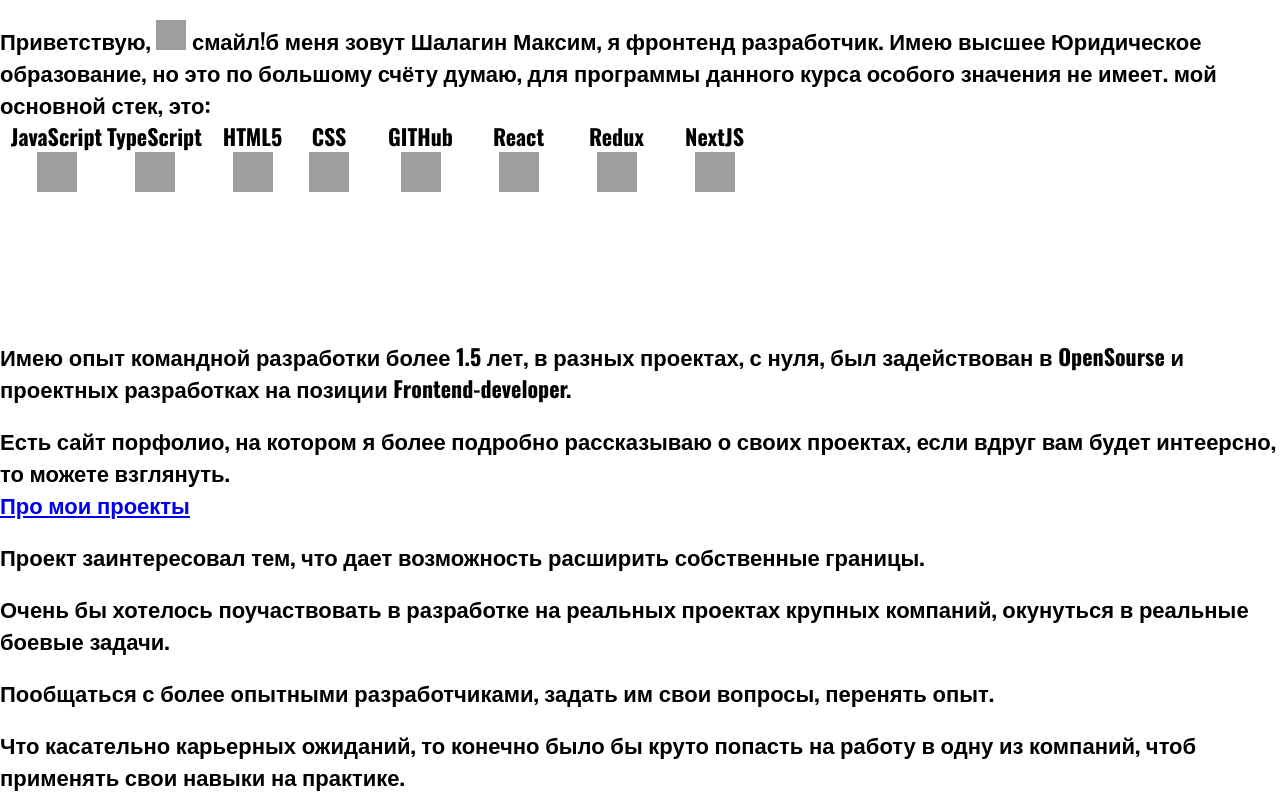
Repository: ni4egonepridumal/letter
Page: index.html
These files come from the project's save history. The page is drawn as it stood at one moment and after the next save; the edit follows.
The browser window is 1280 px wide. The pictures show the whole page.
Pictures or frames that could not be fetched are drawn as grey boxes.

Above is the page before, as saved 2024-01-18 17:37:33.

After the next save:
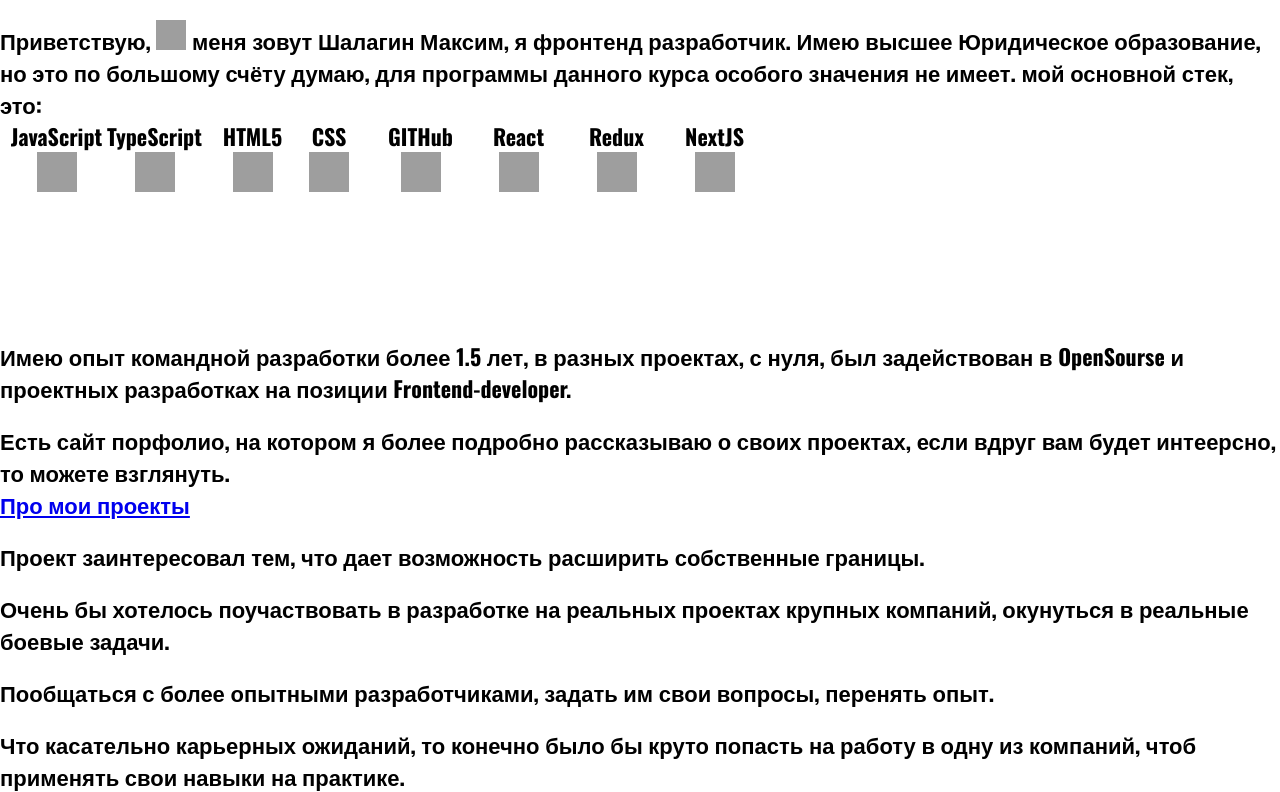
Saved 24 s later.
--- a/index.html
+++ b/index.html
@@ -23,7 +23,7 @@
             height="30"
             alt="smile"
           /> </span
-        >смайл!б меня зовут Шалагин Максим, я фронтенд разработчик. Имею высшее
+        >меня зовут Шалагин Максим, я фронтенд разработчик. Имею высшее
         Юридическое образование, но это по большому счёту думаю, для программы
         данного курса особого значения не имеет. мой основной стек, это:
       </p>
